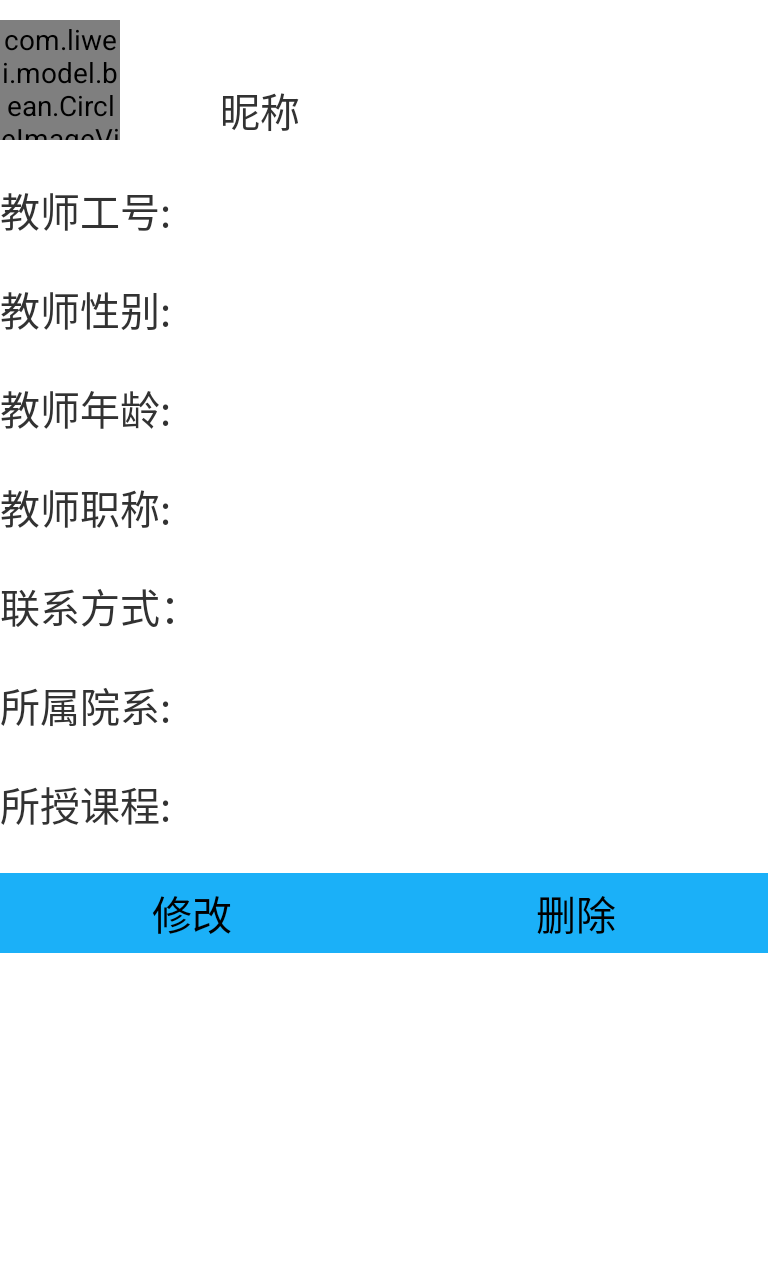
Repository: 15862175370/MyProject
Layout: 毕业设计系统源码_李伟/client/TeachSystem/res/layout/serchteacher_item.xml
The author's editor kept a copy of each file at every save. The layout is drawn from the files as they stood at one save, then again after the next save.
Pictures or frames that could not be fetched are drawn as grey boxes. It is drawn on a 768 x 1280 px phone screen (xhdpi) without system bars, with theme AppTheme; the app's code is not run.

Above is the layout before, as saved 2016-05-20 13:43:24.

After the next save:
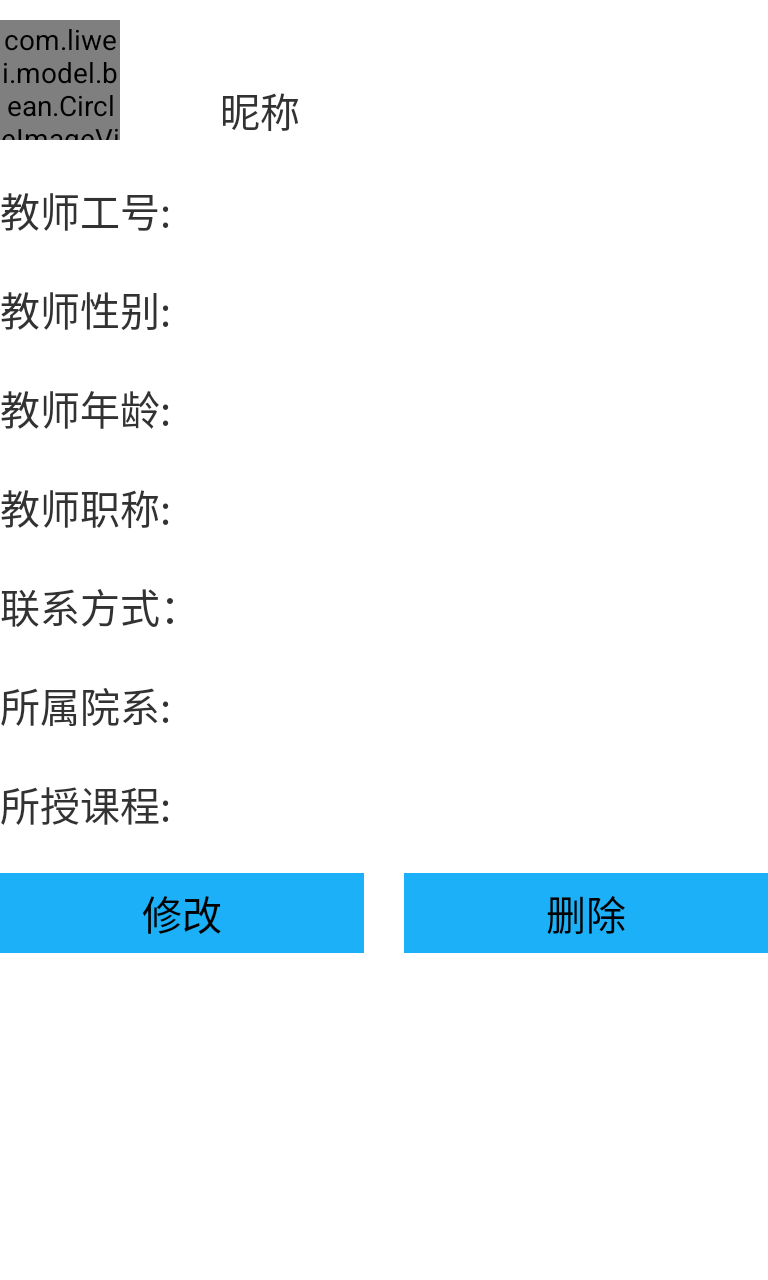
Saved 45 s later.
--- a/毕业设计系统源码_李伟/client/TeachSystem/res/layout/serchteacher_item.xml
+++ b/毕业设计系统源码_李伟/client/TeachSystem/res/layout/serchteacher_item.xml
@@ -217,6 +217,7 @@
                android:background="#1bb0f8"
                android:textSize="20dp"
                android:text="修改"
+               android:layout_marginRight="20dp"
                 />
               <Button
                    android:layout_weight="1"
